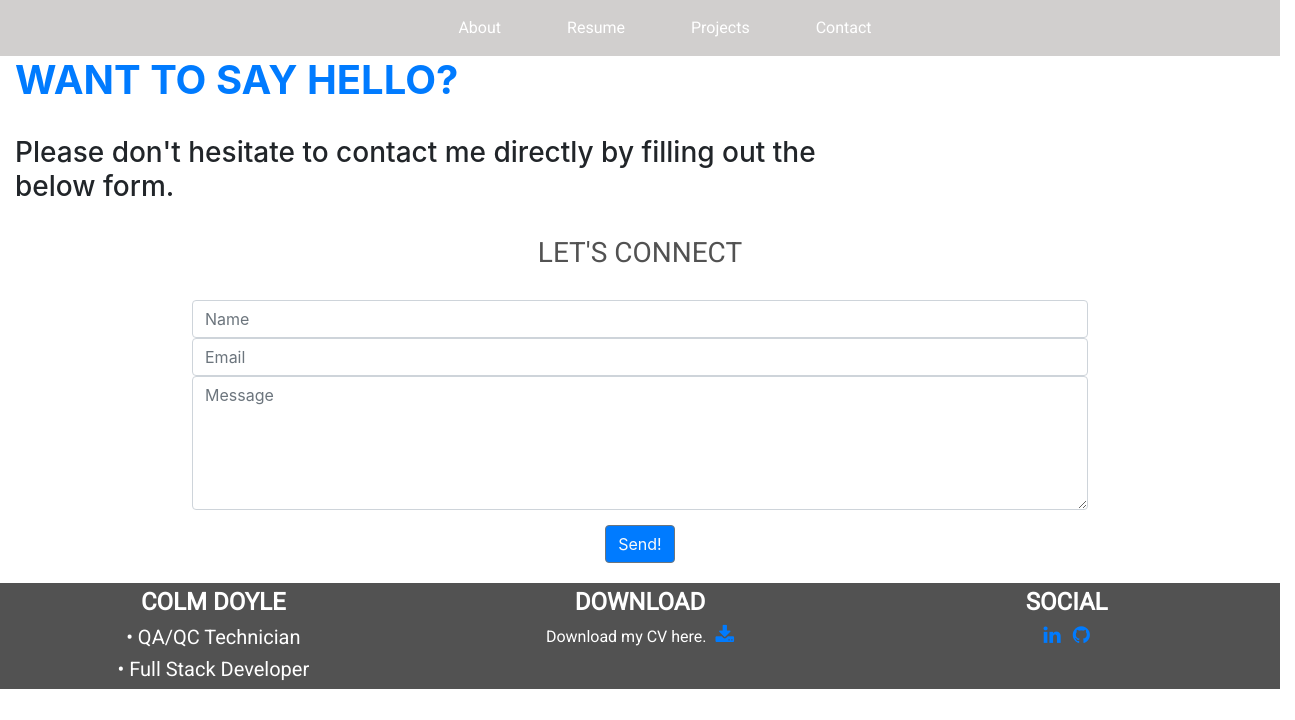
Repository: Code-Institute-Submissions/collyd21-milestone1
Page: contact.html
The author's editor kept a record of every edit. The page is drawn from the files as they stood at one moment, then again after the next edit.
The browser window is 1280 px wide. The page is 1295 px wide, so the pictures cover 1295 px, including what lies to the right of the window. The pictures show the whole page.

Above is the page before.

After the next edit:
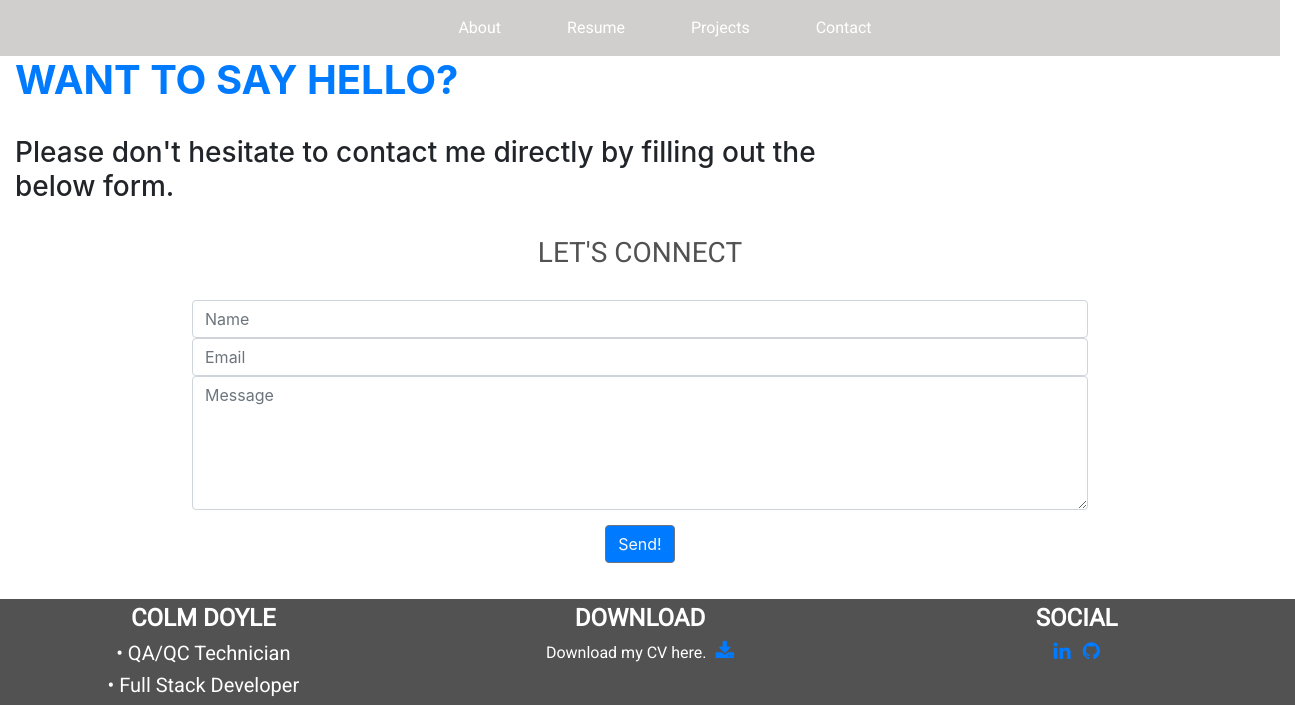
The edit:
--- a/contact.html
+++ b/contact.html
@@ -59,6 +59,7 @@
                 <h3 class="contact-heading uppercase text-center">Let's Connect</h3>
                 <div class="center-form">
                     <form>
+                        <div class="form-group">
                         <input type="text" name="name" id="fullname" class="form-control" placeholder="Name" required />
                         <input type="email" name="email" id="emailaddress" class="form-control" placeholder="Email" required />
                     <textarea rows="5" name="message" id="message" class="form-control" placeholder="Message" required></textarea>
